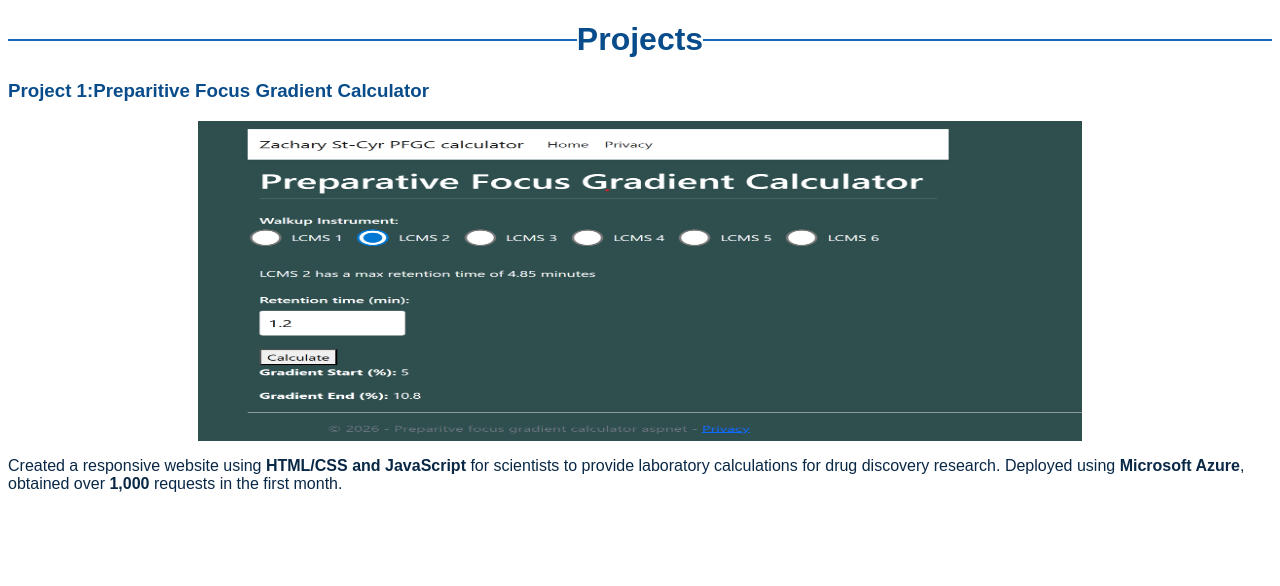
Repository: zackaroo20/zackaroo20
Page: pages/projects.html
These files come from the project's save history. The page is drawn as it stood at one moment and after the next save; the edit follows.
The browser window is 1280 px wide. The pictures show the whole page.

Above is the page before, as saved 2026-05-14 15:50:54.

### pages/projects.html
<!doctype html>
<html lang="en">
  <head>
    <meta charset="UTF-8" />
    <meta name="viewport" content="width=device-width, initial-scale=1.0" />
    <title>Document</title>
    <link rel="stylesheet" href="/styles/pages.css" />
  </head>
  <header>
    <style>
      h1 {
        display: flex;
        flex-direction: row;
      }

      h1:before,
      h1:after {
        content: "";
        flex: 1 1;
        border-bottom: 2px solid #166ab8;
        margin: auto;
      }

      /* https://www.geeksforgeeks.org/css/how-to-make-horizontal-line-with-words-in-the-middle-using-css/ */
    </style>
  </header>
  <body>
    <h1>Projects</h1>
    <h3>Project 1:Preparitive Focus Gradient Calculator</h3>
    <img alt="pfgc" src="/assets/Project1.png" />
    <p>
      Created a responsive website using
      <strong>HTML/CSS and JavaScript</strong> for scientists to provide
      laboratory calculations for drug discovery research. Deployed using
      <strong>Microsoft Azure</strong>, obtained over
      <strong>1,000</strong> requests in the first month.
    </p>
  </body>
</html>

### styles/pages.css
h1{
    display: flex;
    justify-content: center;
    font-family: Arial, Helvetica, sans-serif;
    color: #084c8b;

}

h3{

    font-family: Arial, Helvetica, sans-serif;
    color: #084c8b;
}
img{
    display: flex;
    justify-content: center;
    width: 70%;
    height: 20rem;
    margin: auto;

}
p{
    font-family: Arial, Helvetica, sans-serif;
    color: #092846;
}

After the next save:
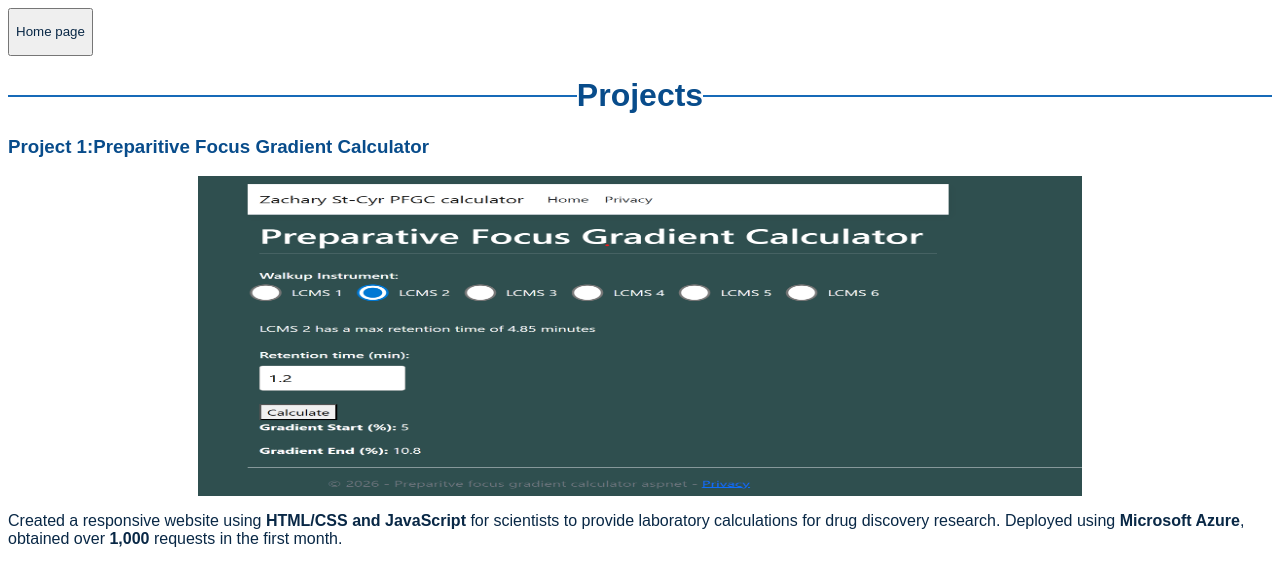
Saved 4 days later.
--- a/pages/projects.html
+++ b/pages/projects.html
@@ -7,6 +7,7 @@
     <link rel="stylesheet" href="/styles/pages.css" />
   </head>
   <header>
+     <a href="../index.html"><button><p>Home page</p></button></a>
     <style>
       h1 {
         display: flex;
